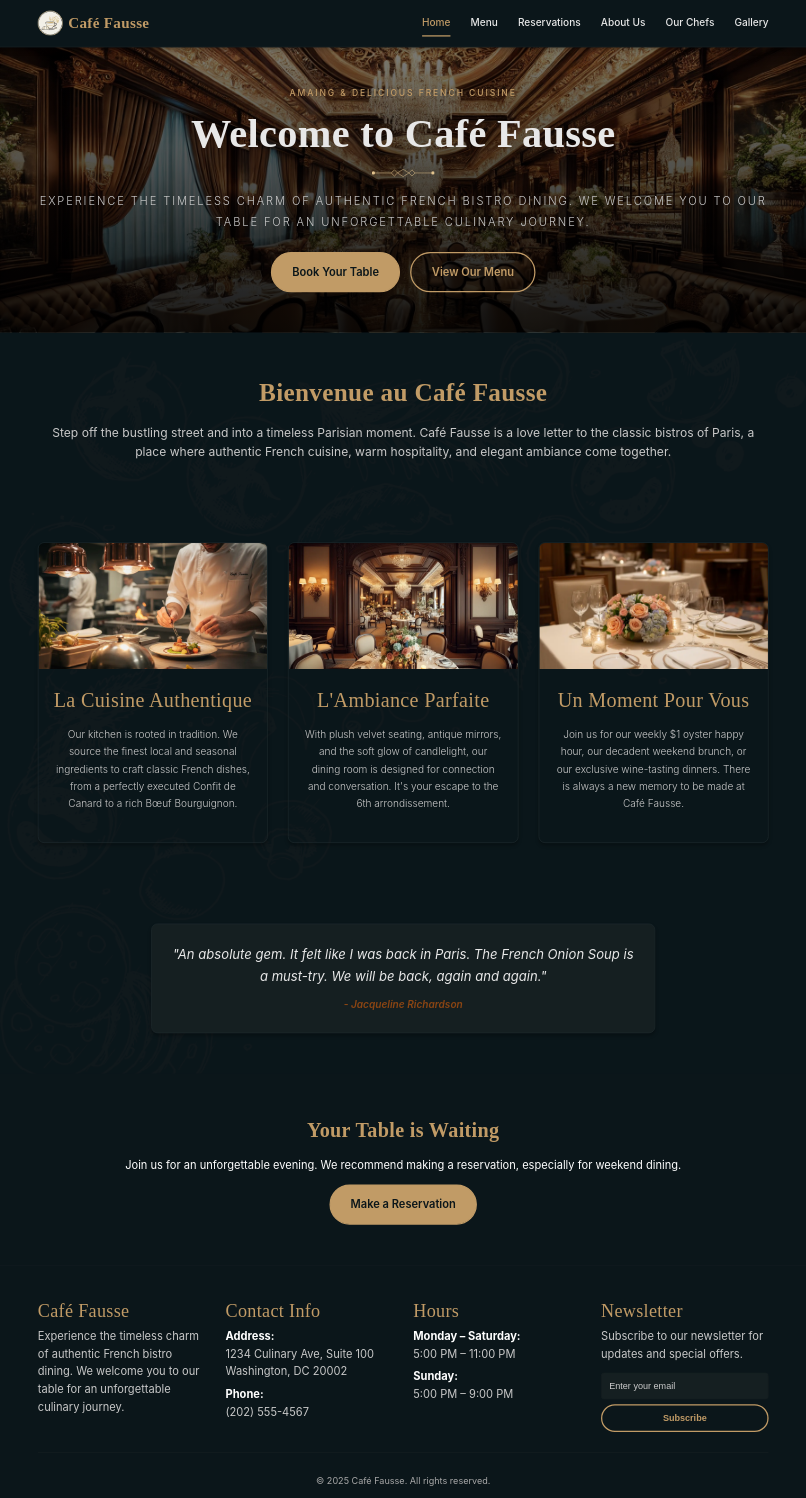
Repository: MatVanDenArt/MSSE-Cafe-Fausse
Page: / (app in frontend/)
The author's editor kept a copy of each file at every save. The page is drawn from the files as they stood at one save, then again after the next save.
The browser window is 1280 px wide. The pictures show the whole page, at 63% of full size.
Backgrounds fixed to the window are drawn as part of the page. The project was rebuilt for these pictures with package versions that can differ from the ones it lists, and the page was loaded fresh each time. Also part of the build but not shown: frontend/src/pages/Menu.js, frontend/src/pages/Reservations.css, frontend/src/pages/Reservations.js, frontend/src/pages/About.js, frontend/src/pages/Gallery.css, frontend/src/pages/Gallery.js.

Above is the page before, as saved 2025-11-05 15:51:45.

After the next save:
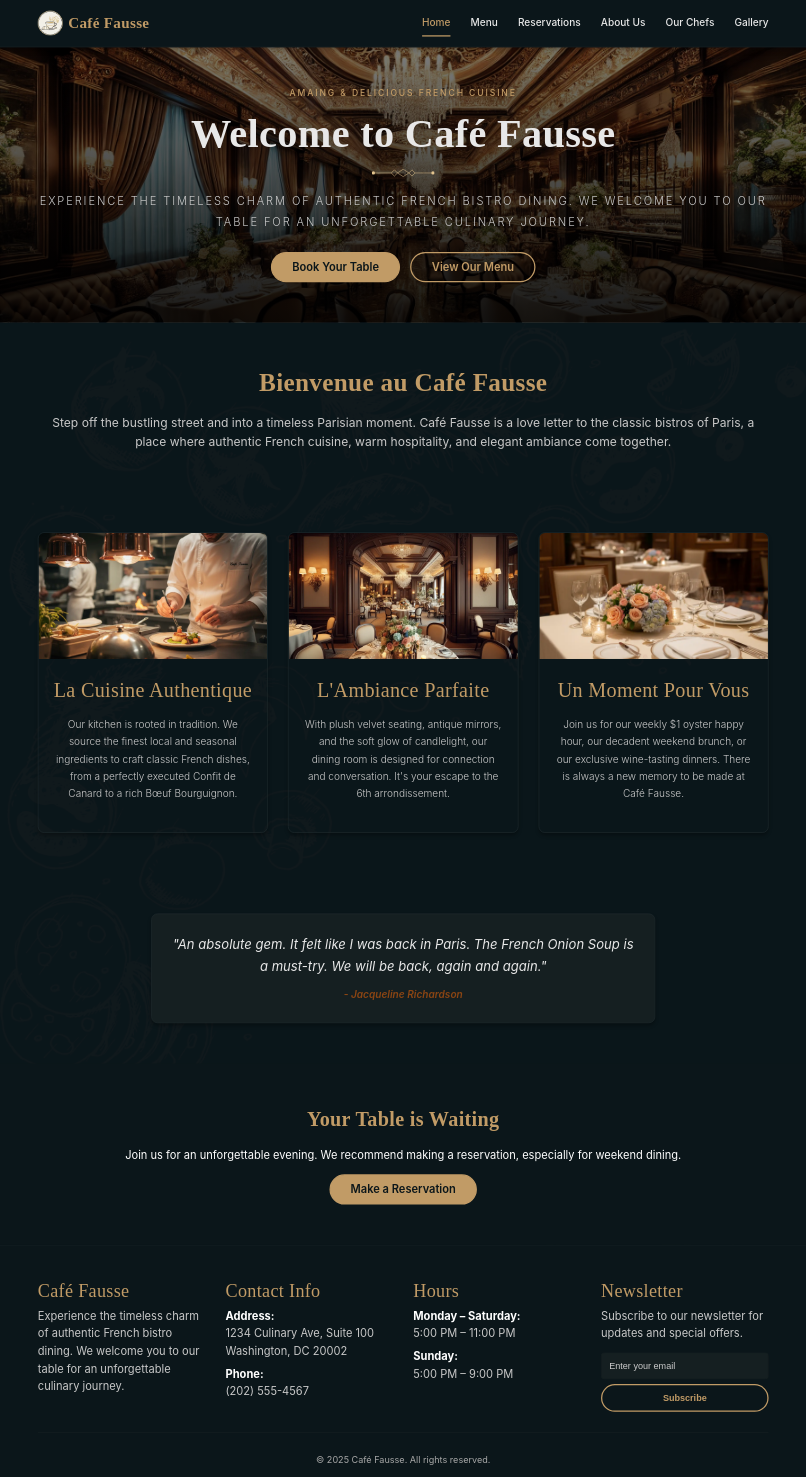
Saved 14 s later.
--- a/frontend/src/App.css
+++ b/frontend/src/App.css
@@ -136,7 +136,7 @@
 }
 
 .btn-secondary {
-  padding: 1rem 2rem;
+  padding: 0.5rem 2rem;
   font-size: 1.1rem;
   background-color: transparent;
   color: #c19b66;
@@ -150,7 +150,7 @@
 }
 
 .btn-large {
-  padding: 1rem 2rem;
+  padding: 0.5rem 2rem;
   font-size: 1.1rem;
   border: 2px solid #c19b66;
 }

After the save that followed:
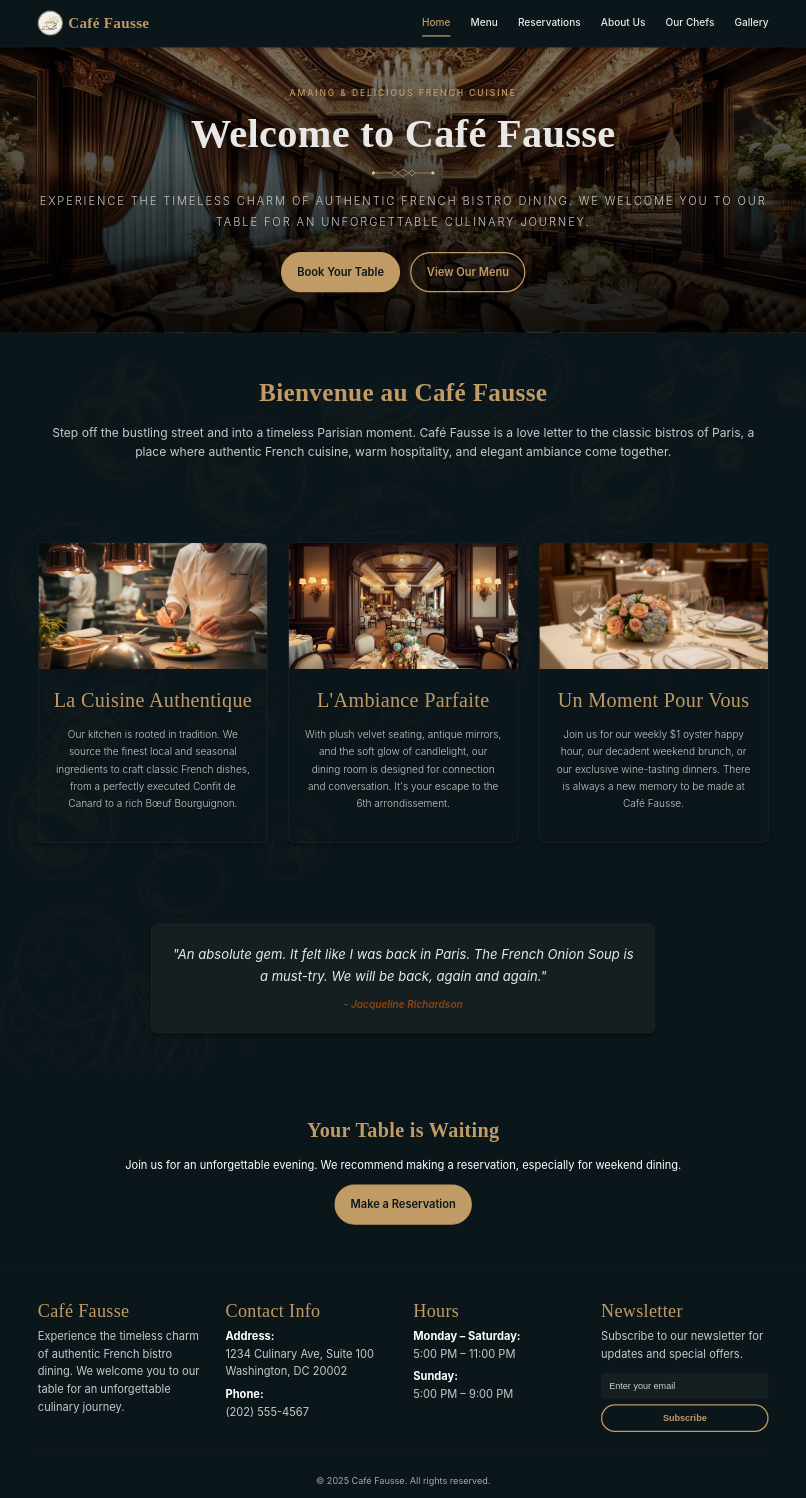
Saved 22 s later.
--- a/frontend/src/App.css
+++ b/frontend/src/App.css
@@ -136,7 +136,7 @@
 }
 
 .btn-secondary {
-  padding: 0.5rem 2rem;
+  padding: 1rem 1.5rem;
   font-size: 1.1rem;
   background-color: transparent;
   color: #c19b66;
@@ -150,7 +150,7 @@
 }
 
 .btn-large {
-  padding: 0.5rem 2rem;
+  padding: 1rem 1.5rem;
   font-size: 1.1rem;
   border: 2px solid #c19b66;
 }
